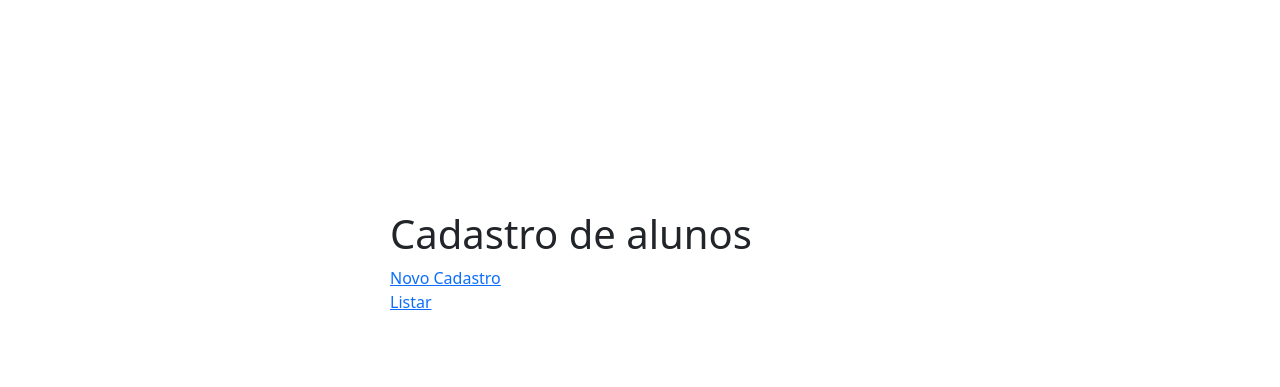
Repository: juliatbarbosa/CRUD-ALUNOS
Page: http://localhost/OlaMundo/alunos/cadastro/index.jsp
An editor plug-in stored every save of this project. The page is shown before and after a run of saves, followed by the edit.
The browser window is 1280 px wide. The pictures show the whole page.
The page is served by Tomcat 9. Other server files are loaded and not shown.

Above is the page before, as saved 2024-09-29 21:07:19.

### OlaMundo/src/main/webapp/alunos/cadastro/index.jsp
<%@page import="org.alunos.AlunoDAO"%>
<%@ page language="java" contentType="text/html; charset=ISO-8859-1"
    pageEncoding="ISO-8859-1"%>
<!DOCTYPE html>
<html>
<head>
<meta charset="ISO-8859-1">
<title>Página inicial</title>

<link href="https://cdn.jsdelivr.net/npm/bootstrap@5.3.3/dist/css/bootstrap.min.css" rel="stylesheet" integrity="sha384-QWTKZyjpPEjISv5WaRU9OFeRpok6YctnYmDr5pNlyT2bRjXh0JMhjY6hW+ALEwIH" crossorigin="anonymous">
<link href="https://cdn.jsdelivr.net/npm/bootstrap-icons/font/bootstrap-icons.css" rel="stylesheet">

<style>
body {
		display: flex;
		justify-content: center;
		align-items: center;
		height: 100vh;

	}
	.conteudoTela {
		width: 500px;
		height: 300px;



	}
</style>
</head>
<body>

	<div class="conteudoTela">

	<h1>Cadastro de alunos</h1>


	<a href="formulario.jsp?id=0">Novo Cadastro</a>
	<br/>
	<a href="listar.jsp">Listar</a>

	</div>

	<%


	//AlunoDAO dao = new AlunoDAO();
	//dao.criarTabela();
	%>

	<script src="https://cdn.jsdelivr.net/npm/bootstrap@5.3.3/dist/js/bootstrap.bundle.min.js" integrity="sha384-YvpcrYf0tY3lHB60NNkmXc5s9fDVZLESaAA55NDzOxhy9GkcIdslK1eN7N6jIeHz" crossorigin="anonymous"></script>
</body>
</html>

After the next 2 saves:
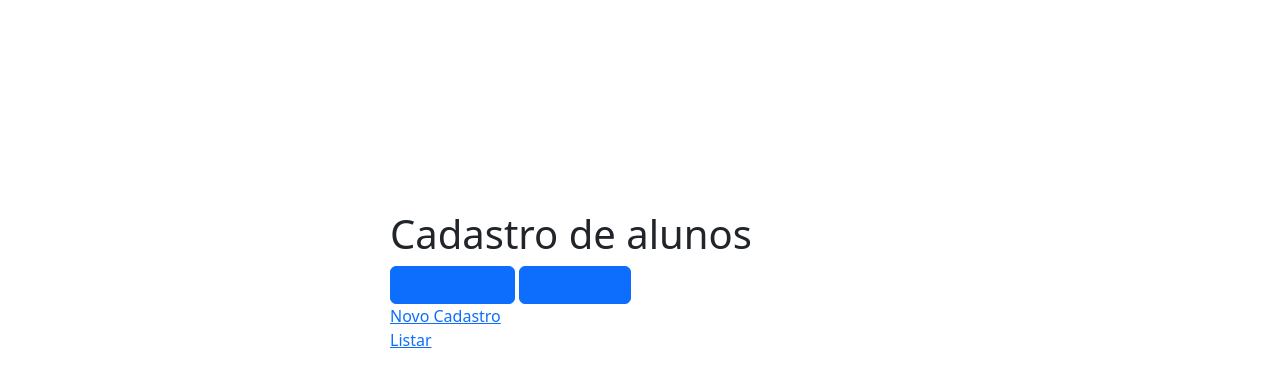
The 2 saves are shown as one change because they came seconds apart.
The last was saved 7 s later.
--- a/OlaMundo/src/main/webapp/alunos/cadastro/index.jsp
+++ b/OlaMundo/src/main/webapp/alunos/cadastro/index.jsp
@@ -33,7 +33,15 @@ body {
 
 	<h1>Cadastro de alunos</h1>
 
+	<div class="botoes">
+			<button type="button" class="btn btn-primary">
+				<a href="index.jsp">Página inicial</a>
+			</button>
+			<button type="button" class="btn btn-primary">
+				<a href="formulario.jsp?id=0">Novo aluno</a>
+			</button>
 
+		</div>
 	<a href="formulario.jsp?id=0">Novo Cadastro</a>
 	<br/>
 	<a href="listar.jsp">Listar</a>
